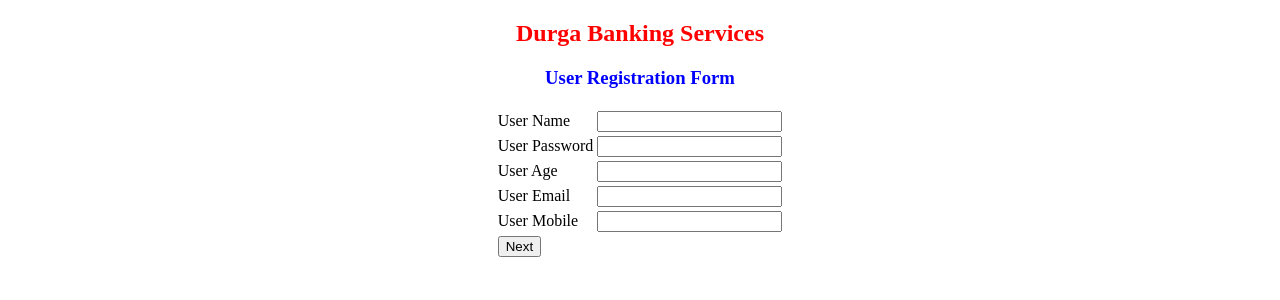
Repository: pranalivm/Servlets
Page: app35/src/main/webapp/registrationform.html
These files come from the project's save history. The page is drawn as it stood at one moment and after the next save; the edit follows.
The browser window is 1280 px wide. The pictures show the whole page.

Above is the page before, as saved 2023-02-17 06:07:03.

After the next save:
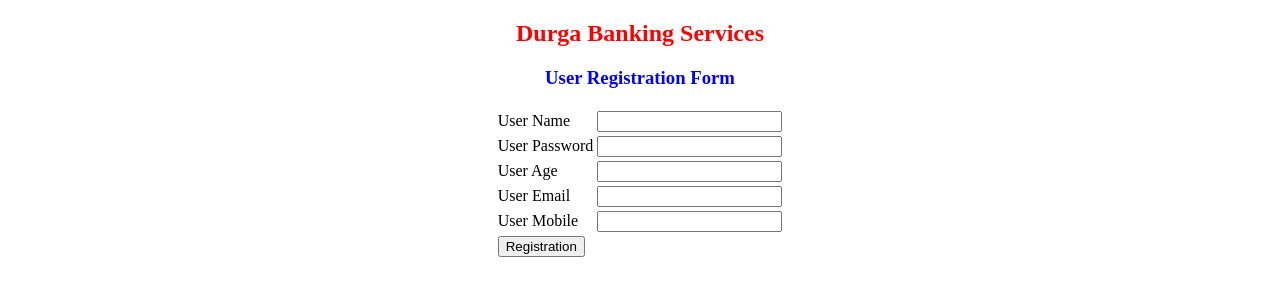
Saved 9 s later.
--- a/app35/src/main/webapp/registrationform.html
+++ b/app35/src/main/webapp/registrationform.html
@@ -35,7 +35,7 @@
 </tr>
 
 <tr>
-	<td><input type="submit"  value="Next" /></td>
+	<td><input type="submit"  value="Registration" /></td>
 </tr>
 
 </table>
